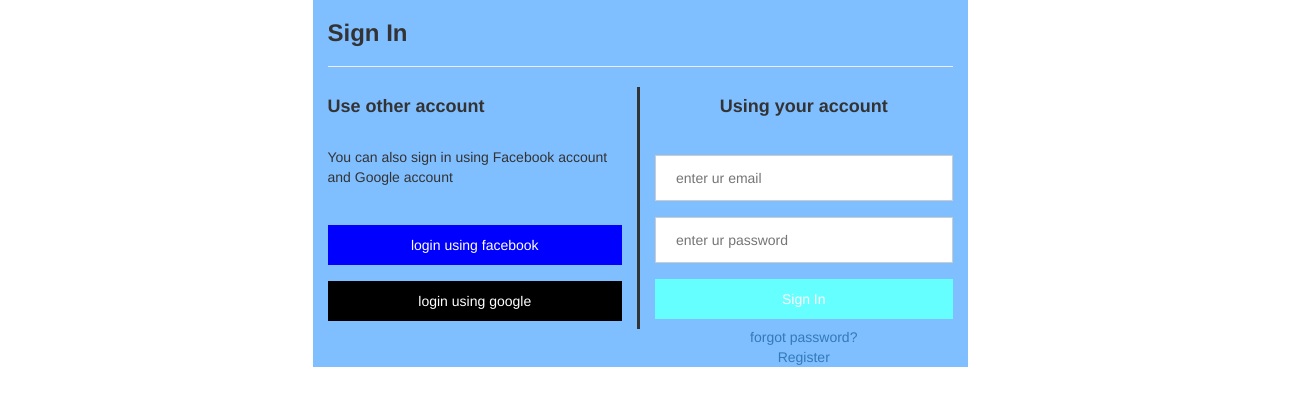
Repository: sujay-a-v/FunctionalPrograms
Page: http://localhost/CollegeApp/Signin.jsp
These files come from the project's save history. The page is drawn as it stood at one moment and after the next save; the edit follows.
The browser window is 1280 px wide. The page is 1295 px wide, so the pictures cover 1295 px, including what lies to the right of the window. The pictures show the whole page.
Some web libraries are served in a nearby version. The page is served by Tomcat 9. Other server files are loaded and not shown.

Above is the page before, as saved 2017-10-29 05:41:51.
Console error: ReferenceError: $ is not defined

### Sujay/Servlet/CollegeApp/WebContent/Signin.jsp
<%@ page language="java" contentType="text/html; charset=UTF-8"
    pageEncoding="UTF-8"%>
<!DOCTYPE html PUBLIC "-//W3C//DTD HTML 4.01 Transitional//EN" "http://www.w3.org/TR/html4/loose.dtd">
<html>

<head>
<meta http-equiv="Content-Type" content="text/html; charset=UTF-8">
<title>LogIn page</title>
 <script type="text/javascript" src="javaScript/forgetpassword.js"></script>
<link href="cssFolder/login.css" rel="stylesheet" type="text/css">

<link rel="stylesheet" href="https://maxcdn.bootstrapcdn.com/bootstrap/3.3.7/css/bootstrap.min.css">
  <script src="https://ajax.googleapis.com/ajax/libs/jquery/3.2.1/jquery.min.js"></script>
  <script src="https://maxcdn.bootstrapcdn.com/bootstrap/3.3.7/js/bootstrap.min.js"></script>

</head>

<body >

<%
response.setHeader("Cache-Control", "no-cache");
response.setHeader("Cache-Control", "no-store");
response.setHeader("Pragma", "no-cache");
response.setDateHeader("Expires", 0);
String error = (String) session.getAttribute("error");

if(error!=null || error!="")
{
	error=null;
%>

	<!-- <p>Email or Password wrong</p>  -->

	<!-- <script >
	alert("Email or Password wrong");
	</script> -->
<%}

 %>

<!-- <div class="container"> -->
	<!-- <form name="loginpage" action="Verify" method="post"> -->
		<div align="center" >


				<div class="row" >
					<div class="col-sm-3"></div>
					<div class="col-sm-6" style="background-color:  #80bfff">
						<h3 align="left"><b>Sign In</b></h3>
						<hr >

						<div class="row">
							<div class="col-sm-6 vert">
								<h4 align="left"><b>Use other account</b></h4>
								<br>
								<p align="left" style="font-size:10">You can also sign in using Facebook account and Google
									account</p>
								<br>

								<button type="button" class="fbbutton" onclick="#">login using facebook</button>
								<br>

								<button type="button" class="gbutton">login using google</button>
								<br>

							</div>

							<div class="col-sm-6">

								<form name="loginpage" action="Verify" method="post">

								<h4 align="center"><b>Using your account</b></h4>
								<br> <input type="text" name="email"
									placeholder="enter ur email"> <br> <input
									type="password" name="Password" placeholder="enter ur password">
								<br> <input type="submit" value="Sign In"> <br>
								<!-- <a href="#" align="left">forgot password?</a><br> -->
								<a data-toggle="modal" data-target="#myModal" style="align:'left'">forgot password?    </a><br>
								<a href="Register.jsp">Register</a>

								</form>

							</div>


						</div>


					</div>
					<div class="col-sm-3"></div>
				</div>
			</div>
		</div>

	<!-- </div> -->


	<div class="modal fade" id="myModal" role="dialog">
    <div class="modal-dialog">

      <!-- Modal content-->
      <div class="modal-content">
        <div class="modal-header">
          <button type="button" class="close" data-dismiss="modal">&times;</button>
          <h4 class="modal-title">Forget Password</h4>
        </div>
        <!-- <form action="ForgetPW" method="post"> -->
        <div class="modal-body">
          <p>Enter your email</P>
          <input type="text" name="email" id="email">
        </div>
        <div class="modal-footer">

          <button type="button" class="btn btn-default" data-dismiss="modal">Close</button>
          <button type="submit" class="btn btn-default" onclick="forget()" >submit</button>

        </div>
       <!--  </form> -->
      </div>

    </div>
  </div>

  <!-- Modal -->
  <div class="modal fade" id="myModal1" role="dialog">
    <div class="modal-dialog">

      <!-- Modal content-->
      <div class="modal-content">

        <div class="modal-body">
          <p>your password .</p>

          <p ></p>
        </div>
        <div class="modal-footer">
          <button type="button" class="btn btn-default" data-dismiss="modal">Close</button>
        </div>
      </div>

    </div>
  </div>

</body>
</html>

### Sujay/Servlet/CollegeApp/WebContent/javaScript/forgetpassword.js
$('document').ready(function() {
	});

	function forget(){
		$.ajax({
			url : 'ForgetPW',
			type : 'post',
			data : {
				email : $("#email").val(),
			},
			success : function(data) {

				/*$('#password').val(data),*/
				$('#myModal').modal('hide');
				/*$('#myModal1').html(data).modal('show');*/
				alert("Your password is \n \n"+data);

			}

		});
	}

### Sujay/Servlet/CollegeApp/WebContent/cssFolder/login.css
@CHARSET "UTF-8";

hr{
background: black;
}

body{
	width: 100%;
}

input[type=text], input[type=password] {
    width: 100%;
    padding: 12px 20px;
    margin: 8px 0;
    display: inline-block;
    border: 1px solid #ccc;
    box-sizing: border-box;
}

input[type=submit] {
    background-color: #66ffff;
    color: white;
    padding: 10px 20px;
    margin: 8px 0;
    border: 1px;
    cursor: pointer;
    width: 100%;
}

.container{

}

.fbbutton {
	background-color:#0000ff;
	color: white;
	padding: 10px 20px;
	margin: 8px 0;
	border: 2px;
	cursor: pointer;
	width: 100%;
}

.gbutton {
	background-color:black;
	color: white;
	padding: 10px 20px;
	margin: 8px 0;
	border: 2px;
	cursor: pointer;
	width: 100%;
}

.vert{
border-right:  solid ;


}

After the next save:
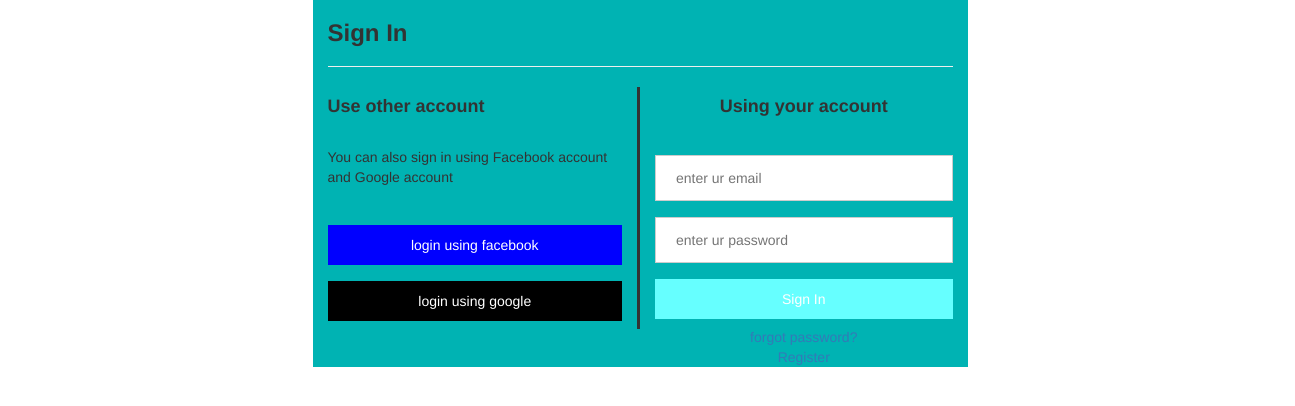
Saved 52 s later.
--- a/Sujay/Servlet/CollegeApp/WebContent/Signin.jsp
+++ b/Sujay/Servlet/CollegeApp/WebContent/Signin.jsp
@@ -45,7 +45,7 @@ if(error!=null || error!="")
 
 				<div class="row" >
 					<div class="col-sm-3"></div>
-					<div class="col-sm-6" style="background-color:  #80bfff">
+					<div class="col-sm-6" style="background-color:  #00b3b3">
 						<h3 align="left"><b>Sign In</b></h3>
 						<hr >
 
